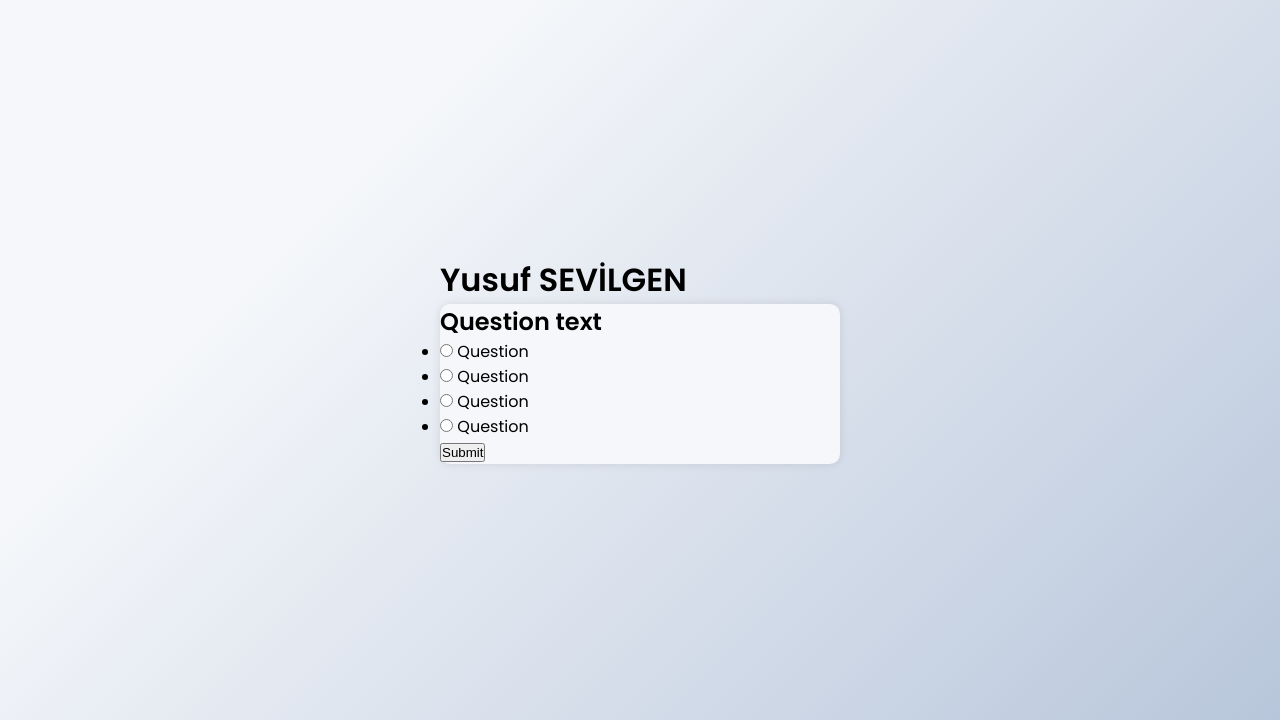
Repository: sevilgenysf/javascript-two
Page: index.html
An editor plug-in stored every save of this project. The page is shown before and after the next save, followed by the edit.
The browser window is 1280 px wide. The pictures show the whole page.

Above is the page before, as saved 2022-02-27 15:15:10.

### index.html
<!DOCTYPE html>
<html lang="en">

<head>
	<meta charset="UTF-8">
	<meta http-equiv="X-UA-Compatible" content="IE=edge">
	<meta name="viewport" content="width=device-width, initial-scale=1.0">
	<link rel="stylesheet" href="./style.css">
	<script src="./index.js" defer></script>
	<title>javascript Day two</title>
</head>

<body>
	<div>
		<h1>Yusuf SEVİLGEN</h1>
		<div class="quiz-container">
			<div class="quiz-header">
				<h2>Question text</h2>
				<ul>
					<li>
						<input type="radio" id="a" name="answer">
						<label for="a">Question</label>
					</li>
				</ul>
				<ul>
					<li>
						<input type="radio" id="b" name="answer">
						<label for="b">Question</label>
					</li>
				</ul>
				<ul>
					<li>
						<input type="radio" id="c" name="answer">
						<label for="c">Question</label>
					</li>
				</ul>
				<ul>
					<li>
						<input type="radio" id="d" name="answer">
						<label for="d">Question</label>
					</li>
				</ul>
				<button>Submit</button>
			</div>
		</div>
	</div>
</body>

</html>

### style.css
@import url('https://fonts.googleapis.com/css2?family=Poppins:wght@400;600&family=Roboto:ital,wght@0,300;0,400;0,700;1,500&display=swap');

* {
	margin: 0;
	padding: 0;
	box-sizing: border-box;
}

body {
	display: flex;
	justify-content: center;
	align-items: center;
	background-color: #b8c6db;
	background-image: linear-gradient(315deg, #b8c6db 0%, #f5f7fa 74%);
	font-family: 'Poppins', sans-serif;
	min-height: 100vh;
}

.quiz-container {
	background-color: #f5f7fa;
	width: 400px;
	border-radius: 10px;
	box-shadow: 0 0 10px rgba(0, 0, 0, 0.1);
}

### index.js
const quizData = [
	{
		question: 'How old are you?',
		a: '25',
		b: '26',
		c: '27',
		d: '28',
		currect: 'c'
	},
	{
		question: 'What is the most used best programing language in 2019?',
		a: 'Java',
		b: 'C',
		c: 'Python',
		d: 'JavaScript',
		currect: 'a'
	},
	{
		qwstion: 'who is he President of USA?',
		a: 'Trump',
		b: 'Obama',
		c: 'Bush',
		d: 'Clinton',
		currect: 'b'
	},
	{
		question: 'What does HTML stand for?',
		a: 'Hyper Text Markup Language',
		b: 'Cascading style sheet',
		c: 'Jason Object Notation',
		d: 'Aplication Type Markup Language',
		currect: 'a'
	},
	{
		question: 'What year was javaScript launched?',
		a: '1995',
		b: '1996',
		c: '1997',
		d: 'none of the above',
		currect: 'd'
	}
];

After the next save:
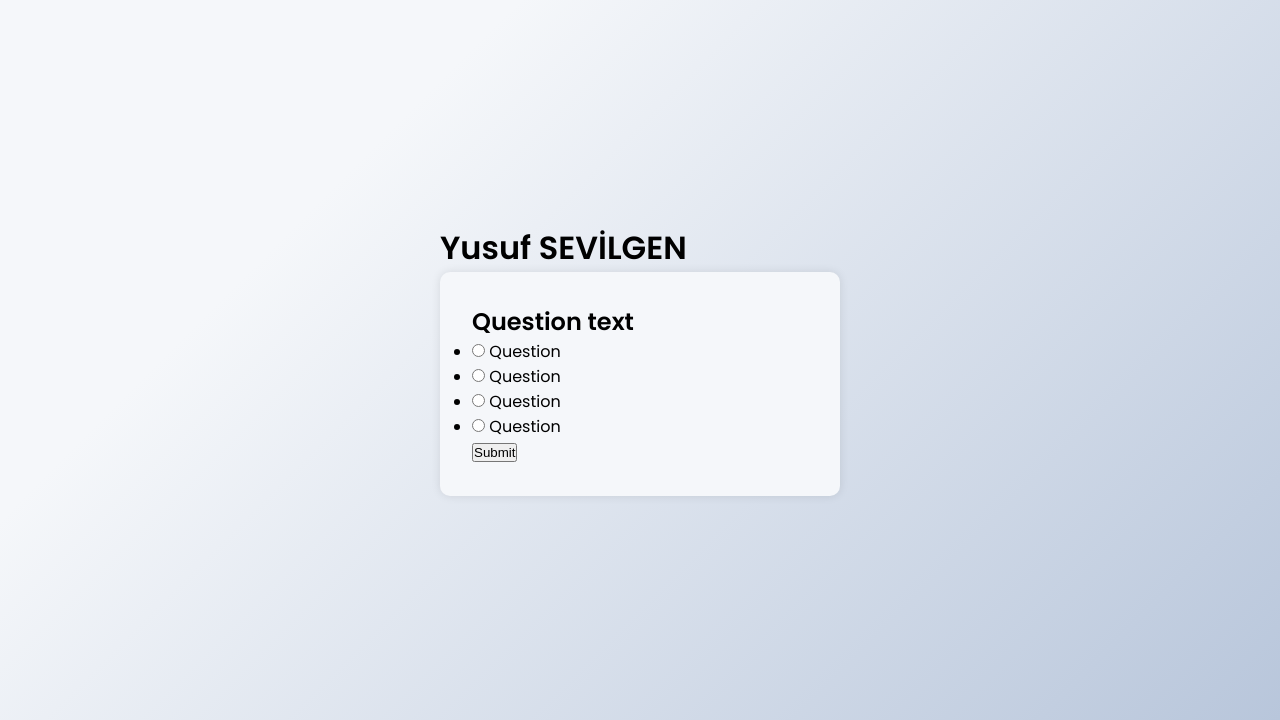
Saved 30 s later.
--- a/style.css
+++ b/style.css
@@ -22,3 +22,7 @@ body {
 	border-radius: 10px;
 	box-shadow: 0 0 10px rgba(0, 0, 0, 0.1);
 }
+
+.quiz-header {
+	padding: 2rem;
+}
